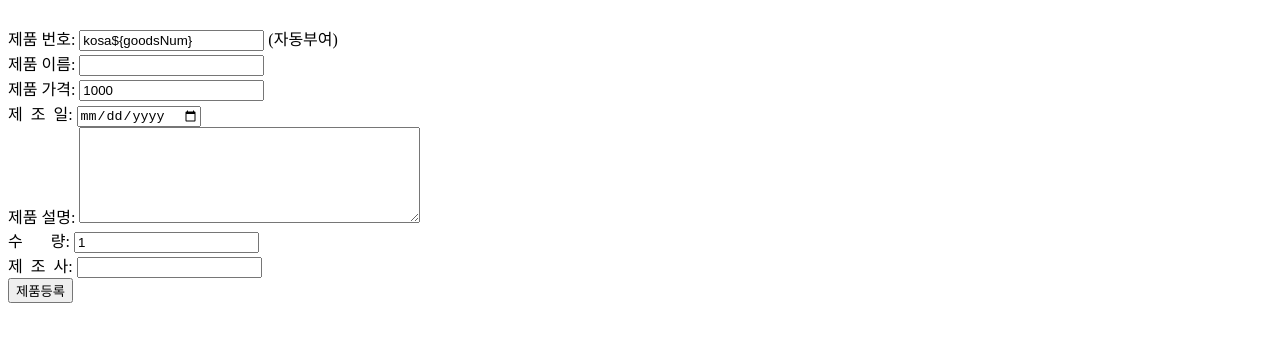
Repository: doram2/dodam
Page: http://localhost/thymeleaf/goods/goodsForm
An editor plug-in stored every save of this project. The page is shown before and after the next save, followed by the edit.
The browser window is 1280 px wide. The pictures show the whole page.
The page is this project's Thymeleaf template; nobody is signed in. The template is opened directly, without the code that normally fills it, so the values that code supplies are empty.

Above is the page before, as saved 2022-01-20 06:05:07.

After the next save:
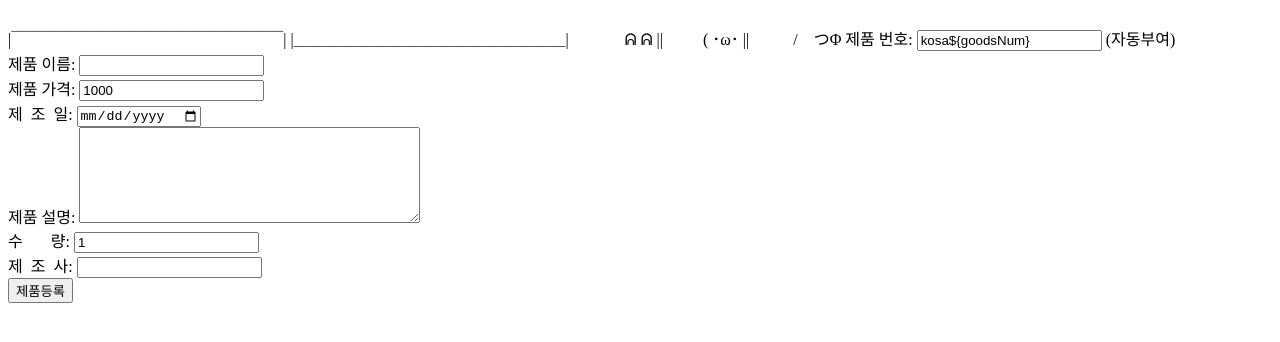
Saved 52 s later.
--- a/springBootTest2/src/main/resources/templates/thymeleaf/goods/goodsForm.html
+++ b/springBootTest2/src/main/resources/templates/thymeleaf/goods/goodsForm.html
@@ -6,6 +6,12 @@
 </head>
 <body>
 	<br/>
+|￣￣￣￣￣￣￣￣￣￣￣￣￣￣￣￣￣|
+
+|＿＿＿＿＿＿＿＿＿＿＿＿＿＿＿＿＿|
+　&nbsp;&nbsp;&nbsp;&nbsp;　        ᕱ ᕱ  ||
+　&nbsp;&nbsp;&nbsp;&nbsp;           ( ･ω･ ||
+ &nbsp;&nbsp;&nbsp;&nbsp; 　         /　つΦ
 	제품 번호: <input type="text" name="goodsNum" readonly = "readonly" value="kosa${goodsNum}"/> (자동부여) <br/>
 	제품 이름: <input type="text" name="goodsName"/><br/>
 	제품 가격: <input type="number" name="goodsPrice" min=1000 value="1000"/><br/>
